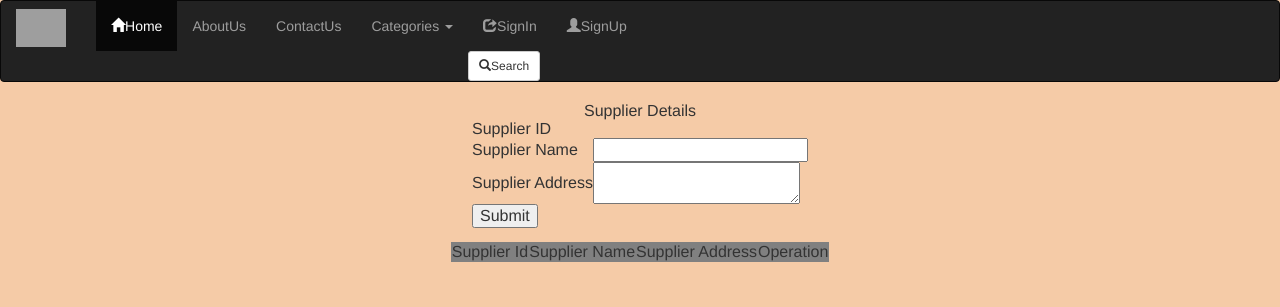
Repository: ananthi024/Java-Programs
Page: http://localhost/ClassyMissyFrontend/WEB-INF/views/Supplier.jsp
These files come from the project's save history. The page is drawn as it stood at one moment and after the next save; the edit follows.
The browser window is 1280 px wide. The pictures show the whole page.
Pictures or frames that could not be fetched are drawn as grey boxes. Some web libraries are served in a nearby version. The page is served by Tomcat 9. Nobody is signed in. Other server files are loaded and not shown. The template is opened directly, without the code that normally fills it, so the values that code supplies are empty.

Above is the page before, as saved 2017-06-26 06:00:48.
Console error (its wording comes from the project's code and is left out).

### MyProject-29.06.2017/ClassyMissyFrontend/src/main/webapp/WEB-INF/views/Supplier.jsp
<%@ page language="java" contentType="text/html"%>
 <%@ taglib uri="http://java.sun.com/jsp/jstl/core" prefix="c" %>
<%@ taglib prefix="form" uri="http://www.springframework.org/tags/form"%>
<%@include file="Header.jsp" %>

<form:form action="InsertSupplier" modelAttribute="Supplier">
<table align="center">


	<tr>
		<td colspan="2"><center>Supplier Details</center></td>
	</tr>
	<tr>
	<td>Supplier ID</td>
	<td><form:input type="hidden" path="supid"/></td>
	</tr>
	<tr>
	<td>Supplier Name</td>
	<td><form:input path="supname" /></td>
	</tr>
	<tr>
	<td>Supplier Address</td>
	<td><form:textarea path="supaddr" /></td>
	</tr>
	<tr>
	<td><input type="submit" /></td>
	</tr>


	</table>
</form:form>

<!-- Displaying the Category data using Table -->
<table cellspacing="2" align="center" border="1">
<tr bgcolor="gray">
<td>Supplier Id</td>
<td>Supplier Name</td>
<td>Supplier Address</td>
<td>Operation</td>
</tr>

<c:forEach items="${suplist}" var="supplier">

<tr bgcolor="pink">
<td>${supplier.supid}</td>
<td>${supplier.supname}</td>
<td>${supplier.supaddr}</td>

<td>
<a href="<c:url value="deleteSupplier/${supplier.supid}"/>">Delete</a>
<a href="<c:url value="updateSupplier/${supplier.supid}"/>">Update</a>
</td>
</tr>
</c:forEach>
</table>
<!--Completed Displaying Table--->

</body>
</html>

### MyProject-29.06.2017/ClassyMissyFrontend/src/main/webapp/WEB-INF/views/Header.jsp
<%@ page language="java" contentType="text/html"%>

<html>
<head>
<title>Navbar Example</title>
<meta name="viewport" content="width=device-width,initial-scale=1">
<link rel="stylesheet" href="https://maxcdn.bootstrapcdn.com/bootstrap/3.3.7/css/bootstrap.min.css">
<script src="https://maxcdn.bootstrapcdn.com/bootstrap/3.3.7/js/bootstrap.min.js"></script>
<script src="https://ajax.googleapis.com/ajax/libs/jquery/3.1.1/jquery.min.js"></script>
</head>
<body style="background-color:#f5cba7">
<form action="gh">
<!-- Starting The Navbar Code -->
<nav class="navbar navbar-inverse">
<div class="container-fluid">

<div class="navbar-header">
<a class="navbar-brand" rel="home" href="#" title="The Exprssion of Pearl">
                <img style="max-width:50px; margin-top: -7px;"
                     src="E:\New folder\cma2.jpg">
            </a>
<a class="navbar-brand" href="Home.jsp"></a>
</div>


<ul class="nav navbar-nav">
<li class="active"><a href="Home.jsp"><span class="glyphicon glyphicon-home"></span>Home</a></li>
<li><a href="AboutUs">AboutUs</a></li>
<li><a href="ContactUs.jsp">ContactUs</a></li>
 <li class="dropdown"><a href="#" class="dropdown-toggle"
 data-toggle="dropdown" role="button" aria-haspopup="true"
 aria-expanded="false">Categories <span class="caret"></span></a>
          <ul class="dropdown-menu">
            <li><a href="#">Page 1</a></li>
            <li><a href="#">Page 2</a></li>
            <li><a href="#">Page 3</a></li>
          </ul></li>
<div class="nav navbar-nav navbar-right">
<li><a href="SignIn.jsp"><span class="glyphicon glyphicon-share"></span>SignIn </a></li>
<li><a href="Register.jsp"><span class="glyphicon glyphicon-user"></span>SignUp </a></li>

<!-- Search Button -->
 <p>
        <li><button type="button" class="btn btn-default btn-sm">
          <span class="glyphicon glyphicon-search"></span>Search
        </button></li>
      </p>
</div>
</ul>
</div>
</nav>
</form>
</body>
</html>

After the next save:
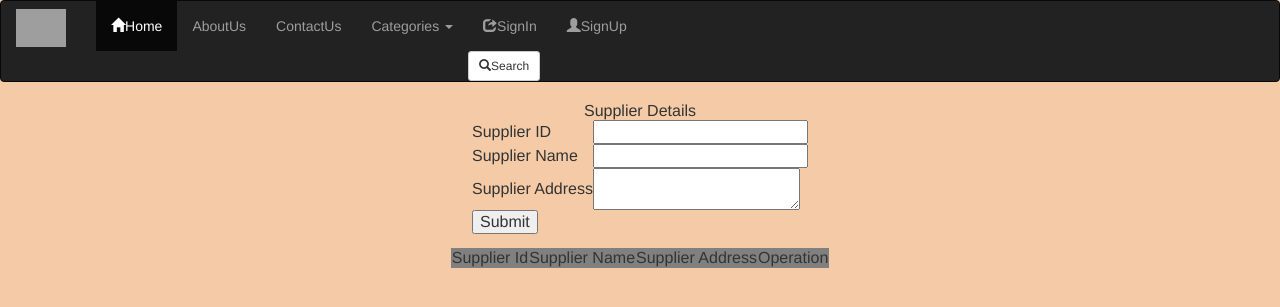
Saved 116 s later.
--- a/MyProject-29.06.2017/ClassyMissyFrontend/src/main/webapp/WEB-INF/views/Supplier.jsp
+++ b/MyProject-29.06.2017/ClassyMissyFrontend/src/main/webapp/WEB-INF/views/Supplier.jsp
@@ -12,7 +12,7 @@
 	</tr>
 	<tr>
 	<td>Supplier ID</td>
-	<td><form:input type="hidden" path="supid"/></td>
+	<td><form:input path="supid"/></td>
 	</tr>
 	<tr>
 	<td>Supplier Name</td>
